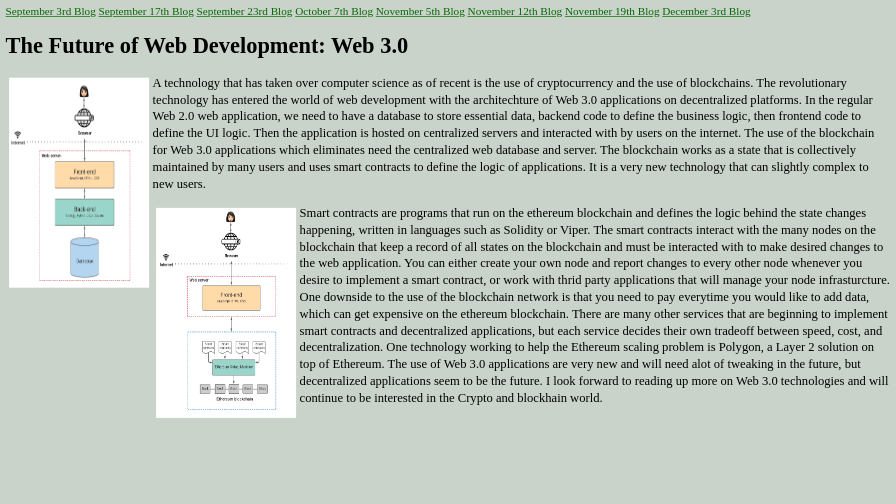
Repository: alharama/WebBlog
Page: Dec_3rd.html
These files come from the project's save history. The page is drawn as it stood at one moment and after the next save; the edit follows.
The browser window is 1280 px wide. The pictures show the part of the page from y = 0 to 1920 px (the page is 720 px tall before and 2674 px after), at 70% of full size.

Above is the page before, as saved 2021-12-02 22:54:24.

### Dec_3rd.html
<!DOCTYPE html>
<html>
  <head>
    <a href="index.html"> September 3rd Blog</a>
    <a href="second_blog.html"> September 17th Blog</a>
    <a href="Sept_23.html"> September 23rd Blog</a>
    <a href="Oct_7.html"> October 7th Blog</a>
    <a href="Nov_5.html"> November 5th Blog</a>
    <a href="Nov_12.html"> November 12th Blog</a>
    <a href="Nov_19.html"> November 19th Blog</a>
    <a href="Dec_3rd.html"> December 3rd Blog</a>

    <title>December 3rd Blog</title>

    <style>
      a {
        text-decoration: underline;
        color: rgb(5, 104, 5);
      }
      a:visited {
        text-decoration: none;
      }

      h2 {
        text-decoration: underline;
      }

      #writeup {
        text-indent: 30px;
      }

      body {
        background-color: rgba(190, 201, 190, 0.808);
      }

      body > .writeup {
        font-size: 18px;
        line-height: 24px;
      }

      img {
        float: left;
        margin: 5px;
        height: 300px;
        width: 200px;
      }
    </style>
  </head>

  <body>
    <h1>The Future of Web Development: Web 3.0</h1>

    <img src="web2.png" id="web2" alt="web 2.0 graphic" />
    <p class="writeup">
      A technology that has taken over computer science as of recent is the use
      of cryptocurrency and the use of blockchains. The revolutionary technology
      has entered the world of web development with the architechture of Web 3.0
      applications on decentralized platforms. In the regular Web 2.0 web
      application, we need to have a database to store essential data, backend
      code to define the business logic, then frontend code to define the UI
      logic. Then the application is hosted on centralized servers and
      interacted with by users on the internet. The use of the blockchain for
      Web 3.0 applications which eliminates need the centralized web database
      and server. The blockchain works as a state that is collectively
      maintained by many users and uses smart contracts to define the logic of
      applications. It is a very new technology that can slightly complex to new
      users.
    </p>

    <img src="web3.png" id="web3" alt="web 3.0 graphic" />
    <p class="writeup">
      Smart contracts are programs that run on the ethereum blockchain and
      defines the logic behind the state changes happening, written in languages
      such as Solidity or Viper. The smart contracts interact with the many
      nodes on the blockchain that keep a record of all states on the blockchain
      and must be interacted with to make desired changes to the web
      application. You can either create your own node and report changes to
      every other node whenever you desire to implement a smart contract, or
      work with thrid party applications that will manage your node
      infrasturcture. One downside to the use of the blockchain network is that
      you need to pay everytime you would like to add data, which can get
      expensive on the ethereum blockchain. There are many other services that
      are beginning to implement smart contracts and decentralized applications,
      but each service decides their own tradeoff between speed, cost, and
      decentralization. One technology working to help the Ethereum scaling
      problem is Polygon, a Layer 2 solution on top of Ethereum. The use of Web
      3.0 applications are very new and will need alot of tweaking in the
      future, but decentralized applications seem to be the future. I look
      forward to reading up more on Web 3.0 technologies and will continue to be
      interested in the Crypto and blockhain world.
    </p>
  </body>
</html>

After the next save:
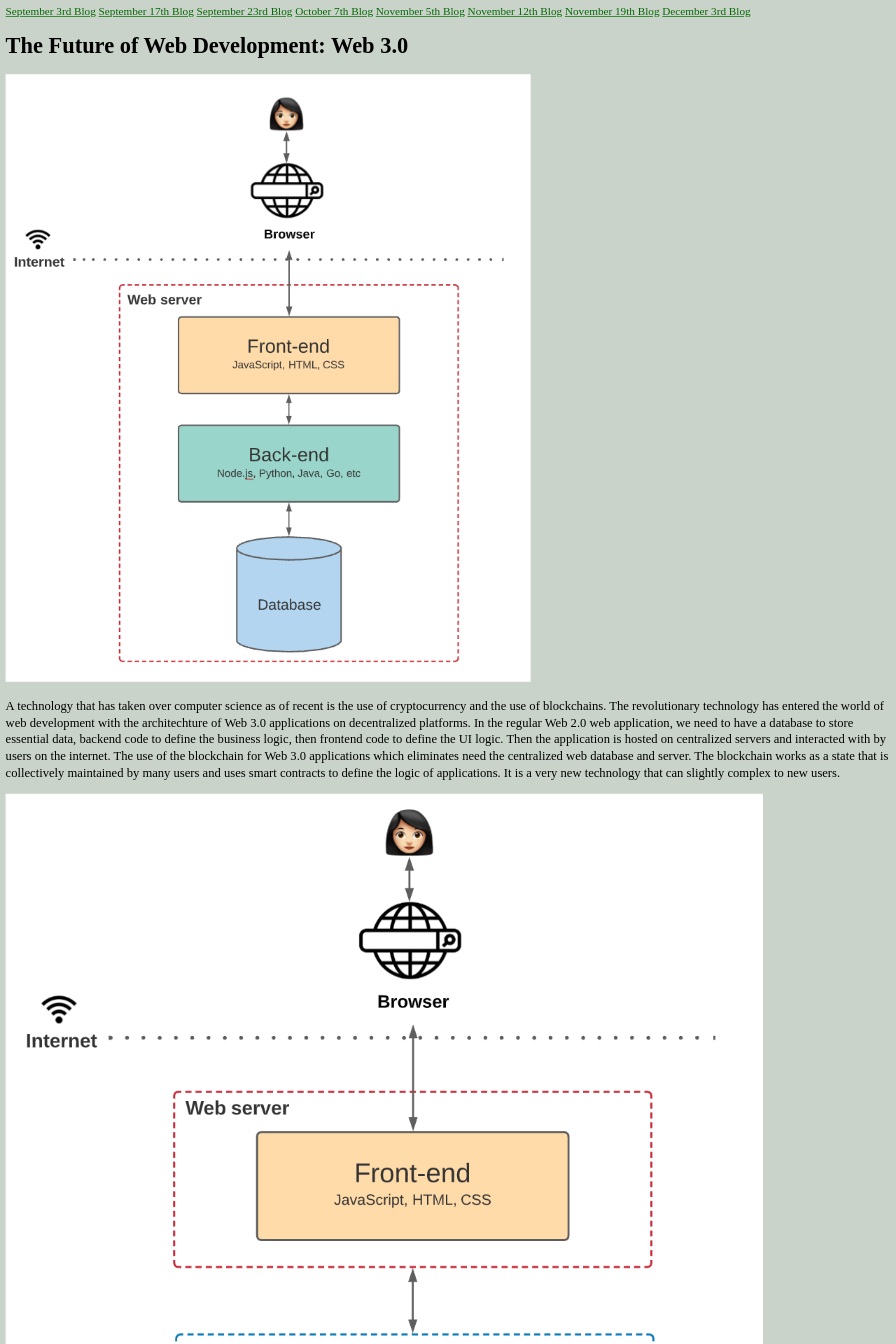
Saved 9 s later.
--- a/Dec_3rd.html
+++ b/Dec_3rd.html
@@ -38,7 +38,7 @@
         line-height: 24px;
       }
 
-      img {
+      img #web2 {
         float: left;
         margin: 5px;
         height: 300px;

After the 5 saves that followed:
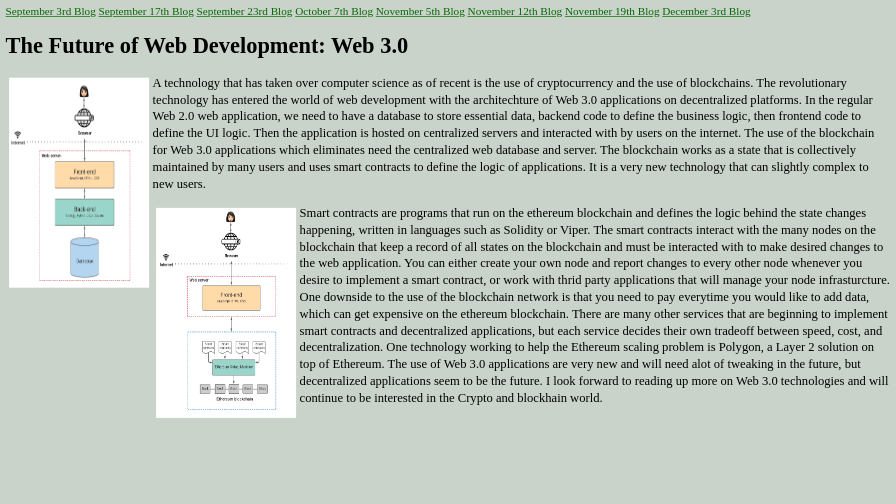
The 5 saves are shown as one change because 4 left the picture as it was.
The last was saved 67 s later.
--- a/Dec_3rd.html
+++ b/Dec_3rd.html
@@ -38,8 +38,14 @@
         line-height: 24px;
       }
 
-      img #web2 {
+      img {
         float: left;
+        margin: 5px;
+        height: 300px;
+        width: 200px;
+      }
+      .web3 {
+        float: right;
         margin: 5px;
         height: 300px;
         width: 200px;
